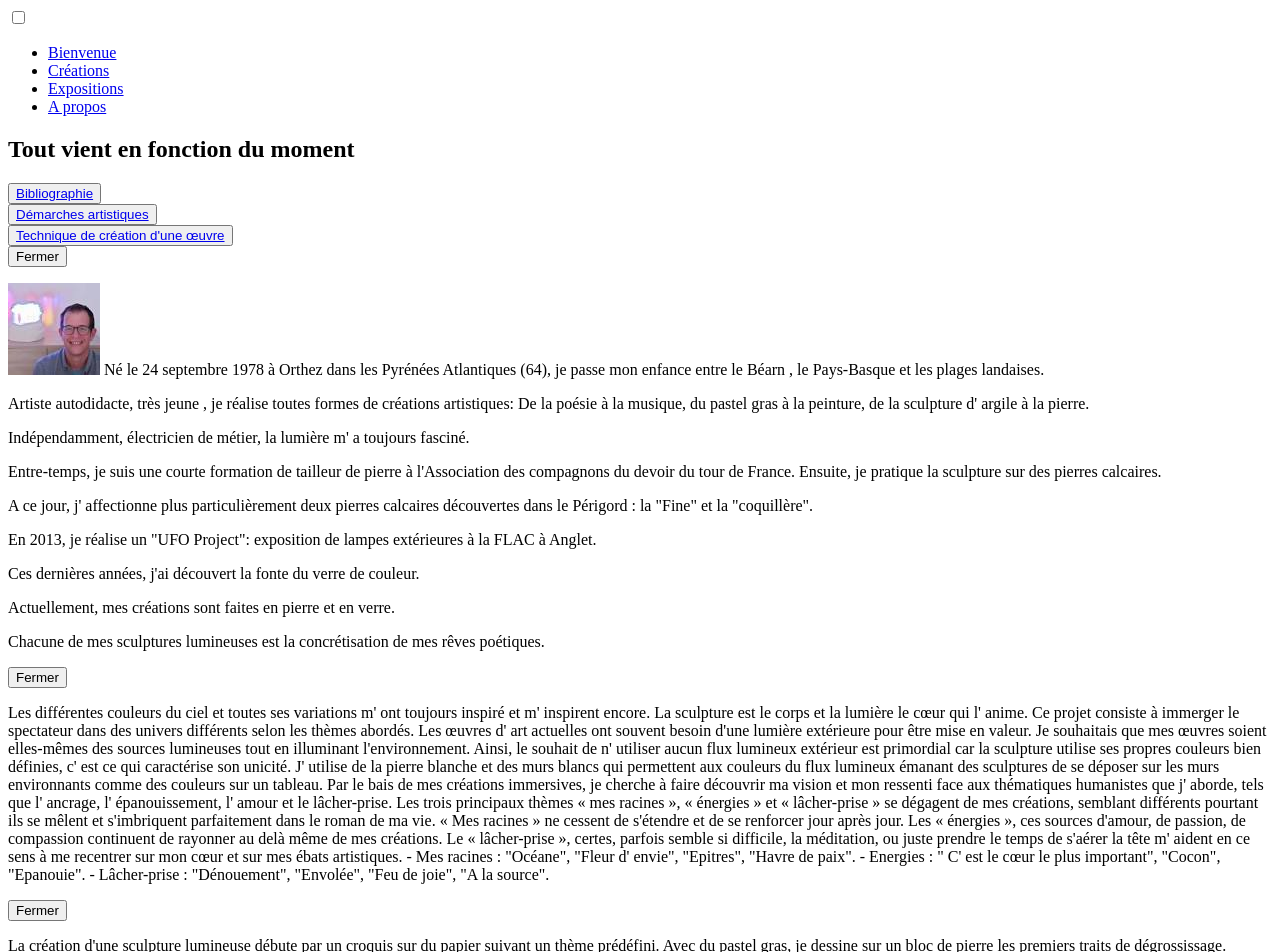
Repository: lysianebo/EricBidart
Page: presentation.html
These files come from the project's save history. The page is drawn as it stood at one moment and after the next save; the edit follows.
The browser window is 1280 px wide. The pictures show the part of the page from y = 0 to 952 px (the page is 1749 px tall before and 1671 px after).
A picture or video elsewhere on the page could not be fetched, so the positions and the page height are approximate.

Above is the page before, as saved 2023-10-29 07:05:38.

### presentation.html
<!DOCTYPE html>
<html lang="en">
<head>
    <meta charset="UTF-8">
    <meta name="viewport" content="width=device-width, initial-scale=1.0">
    <title>Document</title>
    <link rel="stylesheet" href="public/css/style.css">
</head>


<body class="presentation">
    <header>
        <nav>
            <input type="checkbox"
                id="menu-toggle">
            <label for="menu-toggle"
                class="burger"></label>
            <ul class="nav-links">
                <li><a href="accueil.html">Bienvenue</a></li>
                <li><a href="creations.html">Créations</a></li>
                <li><a href="expositions.html">Expositions</a></li>
                <li><a href="presentation.html">A propos</a></li>
            </ul>
        </nav>
    </header>
    <h2>Tout vient en fonction du moment</h2>


    <!-- ... Votre code HTML existant ... -->
<div class="content-container">
    <div class="mycell">
     <button class="circle bounce-in" id="presentation-button"><a href="#presentation-content" class="button">Bibliographie</a></button>
 </div>
 <div class="mycell">
     <button class="circle bounce-out-down" id="demarche-button"><a href="#demarche-content" class="button">Démarches artistiques</a></button>
 </div>
 <div class="mycell">
     <button class="circle bounce-in-right" id="technique-button"><a href="#technique-content" class="button">Technique de création d'une œuvre</a></button>
 </div>

 <div class="content-container">
 <div class="hidden" id="presentation-content">
    <button class="close-button">Fermer</button>

         <p class="text"><img src="public/images/Sans titre.jpeg" alt=""> Né le 24 septembre 1978 à Orthez dans les Pyrénées Atlantiques (64),
          je passe mon enfance entre le Béarn , le Pays-Basque et les plages landaises. </p>
          <p> Artiste autodidacte, très jeune , je réalise toutes formes de créations artistiques:
          De la poésie à la musique, du pastel gras à la peinture, de la sculpture d' argile à la pierre.</p>
          <p> Indépendamment, électricien de métier, la lumière m' a toujours fasciné.</p>

          <p> Entre-temps, je suis une courte formation de tailleur de pierre à l'Association des compagnons du devoir du tour de France. Ensuite, je pratique la sculpture sur des pierres calcaires.</p>

          <p> A ce jour, j' affectionne plus particulièrement deux pierres calcaires découvertes dans le Périgord : la "Fine" et la "coquillère".</p>
          <p> En 2013, je réalise un "UFO Project": exposition de lampes extérieures à la FLAC à Anglet.</p>
          <p>  Ces dernières années, j'ai découvert la fonte du verre de couleur.</p>
          <p> Actuellement, mes créations sont faites en pierre et en verre.</p>
          <p>Chacune de mes sculptures lumineuses est la concrétisation de mes rêves poétiques.</p>
      </div>
     <!-- Contenu de la section "Bibliographie" ici -->
 </div>
 <div class="hidden" id="demarche-content">
    <button class="close-button">Fermer</button>
     <p>Les différentes couleurs du ciel et toutes ses variations m' ont toujours inspiré et m' inspirent encore.

         La sculpture est le corps et la lumière le cœur qui l' anime.



         Ce projet consiste à immerger le spectateur dans des univers différents selon les thèmes abordés.

         Les œuvres d' art actuelles ont souvent besoin d'une lumière extérieure pour être mise en valeur.

         Je souhaitais que mes œuvres soient elles-mêmes des sources lumineuses tout en illuminant l'environnement.

         Ainsi, le souhait de n' utiliser aucun flux lumineux extérieur est primordial car la sculpture utilise ses propres couleurs bien définies, c' est ce qui caractérise son unicité.



         J' utilise de la pierre blanche et des murs blancs qui permettent aux couleurs du flux lumineux émanant des sculptures de se déposer sur les murs environnants comme des couleurs sur un tableau.

         Par le bais de mes créations immersives, je cherche à faire découvrir ma vision et mon ressenti face aux thématiques humanistes que j' aborde, tels que l' ancrage, l' épanouissement, l' amour et le lâcher-prise.



         Les trois principaux thèmes « mes racines », « énergies » et « lâcher-prise » se dégagent de mes créations, semblant différents pourtant ils se mêlent et s'imbriquent parfaitement dans le roman de ma vie.

         « Mes racines » ne cessent de s'étendre et de se renforcer jour après jour.

         Les « énergies », ces sources d'amour, de passion, de compassion continuent de rayonner au delà même de mes créations.

         Le « lâcher-prise », certes, parfois semble si difficile, la méditation, ou juste prendre le temps de s'aérer la tête m' aident en ce sens à me recentrer sur mon cœur et sur mes ébats artistiques.

         - Mes racines : "Océane", "Fleur d' envie", "Epitres", "Havre de paix".

               - Energies : " C' est le cœur le plus important", "Cocon", "Epanouie".

                  - Lâcher-prise : "Dénouement", "Envolée", "Feu de joie", "A la source".

        </p>
 </div>
 <div class="hidden" id="technique-content">
    <button class="close-button">Fermer</button>
     <p>La création d'une sculpture lumineuse débute par un croquis sur du papier suivant un thème prédéfini. Avec du pastel gras, je dessine sur un bloc de pierre les premiers traits de dégrossissage. </p>
     <p>Les ouvertures dans la sculpture sont taillées avec des angles soigneusement étudiés en fonction de la source lumineuse centrale.</p>
     <p>Après quelques milliers de coups ciseaux, avec différents ponçages et une couche de vernis,
     le corps de l’œuvre est presque terminé.</p>
     <p> Vient alors le travail du verre : je découpe et assemble différents verres colorés puis je les fonds ensemble. Après une multitude d'essais de différentes pièces en verre, je choisis celle qui me semble parfaite à insérer et à seller dans la sculpture.</p>
     <p>Il ne me reste plus qu' à y insérer la douille céramique et son spot Led de lumière blanche.</p>
        </p>
        <p> L’œuvre est enfin terminée.</p>


            <p> Chaque sculpture a sa propre identité, son propre univers.</p>

            <p> « Du papier à la pierre, De la poésie à la lumière. »</p>
            <!-- Contenu de la section "Technique de création d'une œuvre" ici -->
 </div>

</div>

<footer>
    <div class="contact"><img class="logo_img"
            src="public/images/Logo 2021.webp"
            alt=""><a href="#">Contact</a></div>
    <div class="reseaux_sociaux">
        <a href="https://www.facebook.com/ericbidartsculpteur/"
            target="_blank"><img src="public/images/reseaux/facebook-logo-transparent-round.webp"
                alt="">
        </a>
        <a href="https://www.instagram.com/ericbidartsculpteur/"
            target="_blank"><img src="public/images/reseaux/instagram-logo-transparent-round.webp"
                alt=""></a>
        <a href="https://www.linkedin.com/in/eric-bidart-sculpteur--6a9739208/"
            target="_blank"><img src="public/images/reseaux/linkedinlogo-transparent-round.webp"
                alt=""></a>
    </div>
    <p class="creator_site">&copy Lysiane Boisnel</p>
</footer>


    <!-- <script src="/scss/utils/presentation.js"></script> -->
    <script>
        /// Récupération des éléments bouton et contenu
            const presentationButton = document.getElementById("presentation-button");
            const demarcheButton = document.getElementById("demarche-button");
            const techniqueButton = document.getElementById("technique-button");
            const presentationContent = document.getElementById("presentation-content");
            const demarcheContent = document.getElementById("demarche-content");
            const techniqueContent = document.getElementById("technique-content");

            // Fonction pour afficher/masquer le contenu
            function toggleContent(button, content) {
                const closeButton = content.querySelector(".close-button");
                button.addEventListener("click", () => {
                    content.style.display = "block";
                });

                closeButton.addEventListener("click", () => {
                    content.style.display = "none";
                });

            }

            // Ajout des gestionnaires d'événements pour chaque section
            toggleContent(presentationButton, presentationContent);
            toggleContent(demarcheButton, demarcheContent);
            toggleContent(techniqueButton, techniqueContent);


    </script>

</body>
</html>

### public/css/style.css
/* @import url("https://fonts.googleapis.com/css2?family=Belanosima:wght@400;700&family=Noto+Sans&family=Outfit&family=Rubik:wght@400;500;700&display=swap"); */
/*# sourceMappingURL=style.css.map */

### scss/utils/hamburger.js
const links = document.querySelectorAll("nav li");

icons.addEventListener("click", () => {
  nav.classList.toggle("active");
});

links.forEach((link) => {
  link.addEventListener("click", () => {
    nav.classList.remove("active");
  });
});

var acc = document.getElementsByName("section");
var i;

for (i = 0; i < acc.length; i++) {
    acc[i].addEventListener("click", function () {
        this.classList.toggle("active");
        var text = this.nextElementSibling;
        if (text.style.maxHeight) {
            text.style.maxHeight = null;
        } else {
            text.style.maxHeight = text.scrollHeight + "px";
        }
    });
}

After the next save:
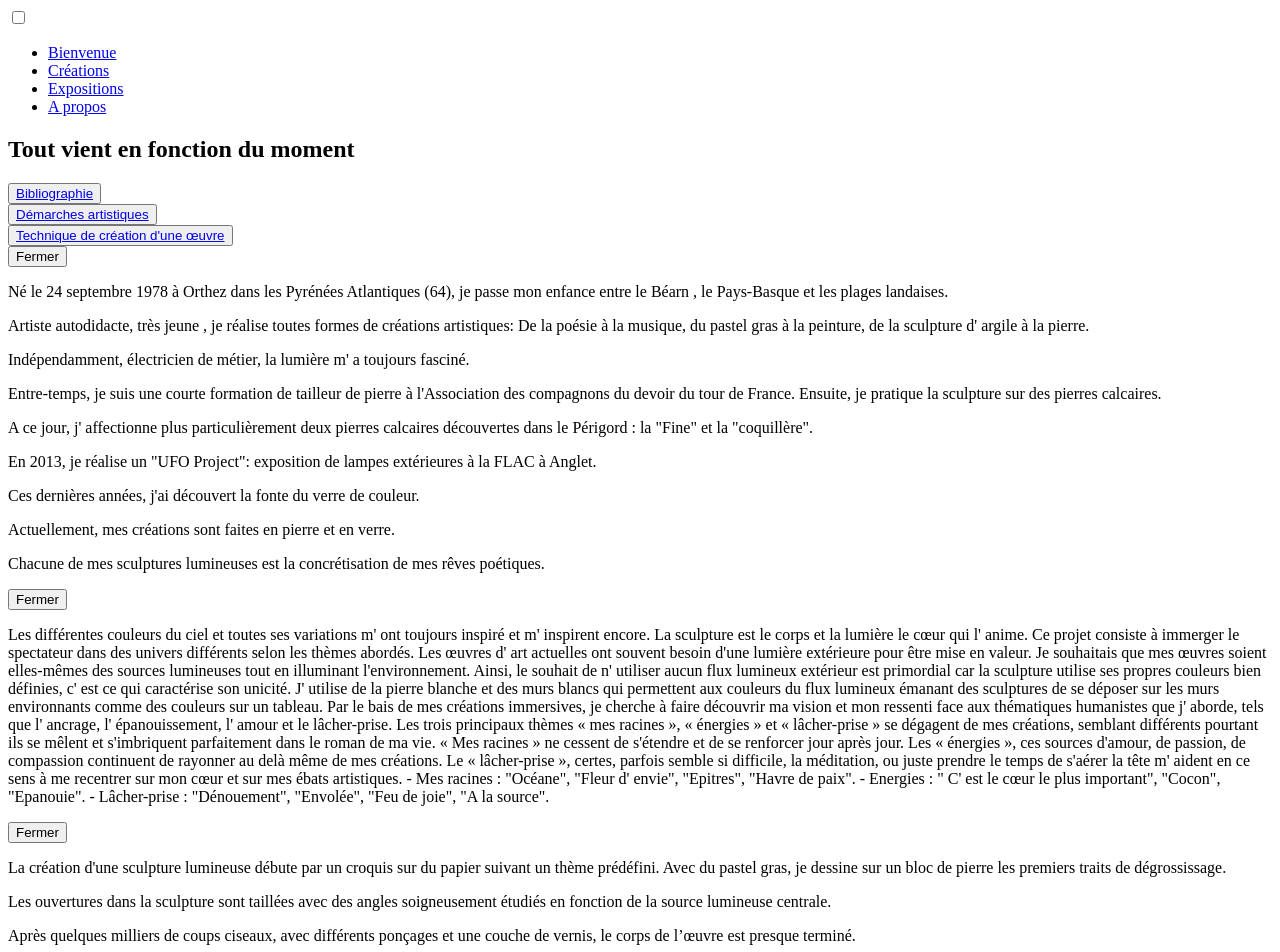
Console error: ReferenceError: icons is not defined
Saved 10 s later.
--- a/presentation.html
+++ b/presentation.html
@@ -42,7 +42,7 @@
  <div class="hidden" id="presentation-content">
     <button class="close-button">Fermer</button>
 
-         <p class="text"><img src="public/images/Sans titre.jpeg" alt=""> Né le 24 septembre 1978 à Orthez dans les Pyrénées Atlantiques (64),
+         <p class="text"> Né le 24 septembre 1978 à Orthez dans les Pyrénées Atlantiques (64),
           je passe mon enfance entre le Béarn , le Pays-Basque et les plages landaises. </p>
           <p> Artiste autodidacte, très jeune , je réalise toutes formes de créations artistiques:
           De la poésie à la musique, du pastel gras à la peinture, de la sculpture d' argile à la pierre.</p>
@@ -137,7 +137,7 @@
     <p class="creator_site">&copy Lysiane Boisnel</p>
 </footer>
 
-
+    <script src="/scss/utils/hamburger.js"></script>
     <!-- <script src="/scss/utils/presentation.js"></script> -->
     <script>
         /// Récupération des éléments bouton et contenu

After the save that followed:
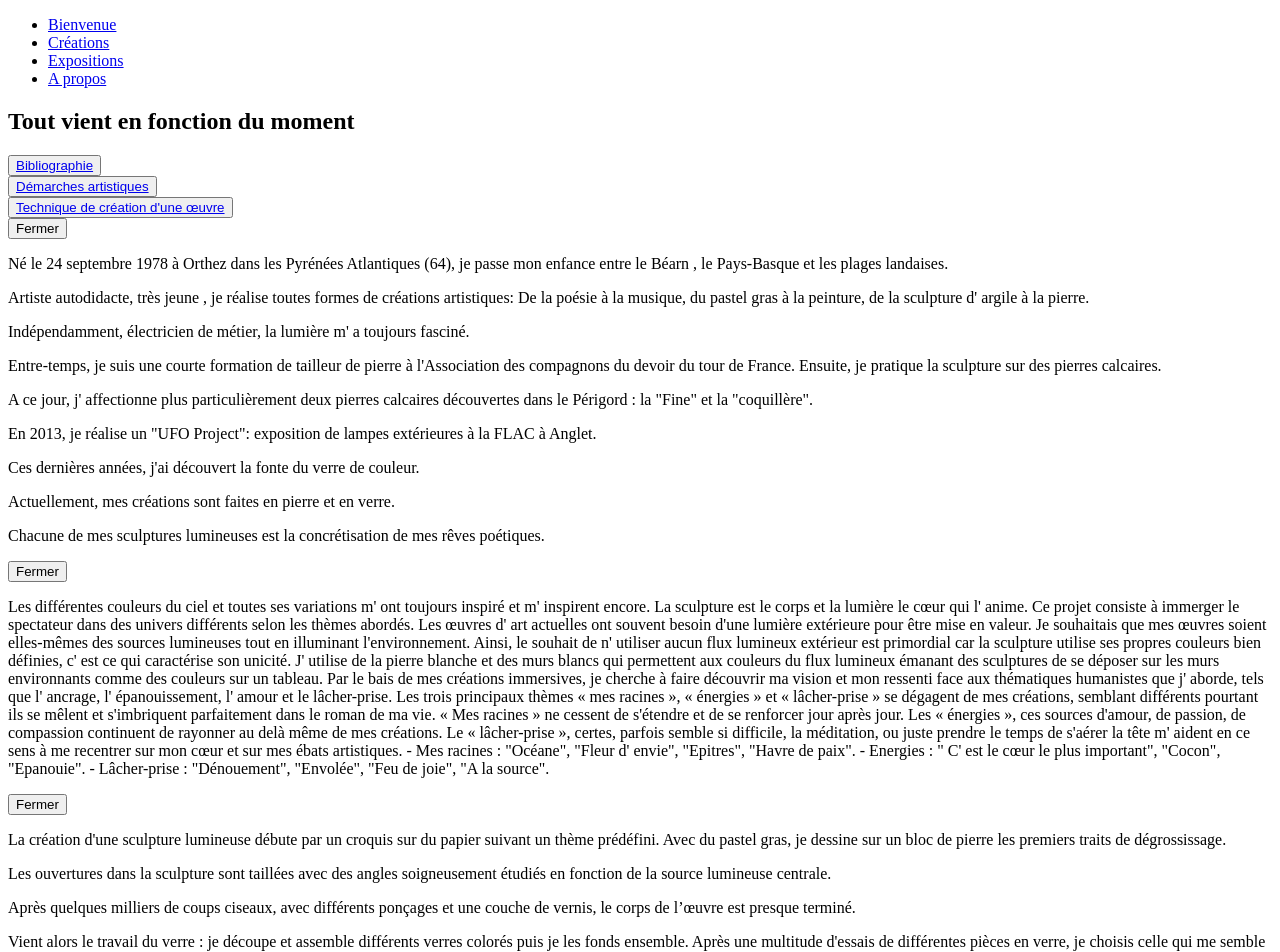
The error is gone.
Saved 15 s later.
--- a/presentation.html
+++ b/presentation.html
@@ -10,17 +10,15 @@
 
 <body class="presentation">
     <header>
-        <nav>
-            <input type="checkbox"
-                id="menu-toggle">
-            <label for="menu-toggle"
-                class="burger"></label>
-            <ul class="nav-links">
+        <!-- <div class="logo"><img src="public/images/Logo 2021.webp" alt=""></div> -->
+        <nav id="nav">
+            <ul>
                 <li><a href="accueil.html">Bienvenue</a></li>
                 <li><a href="creations.html">Créations</a></li>
                 <li><a href="expositions.html">Expositions</a></li>
                 <li><a href="presentation.html">A propos</a></li>
             </ul>
+            <div id="icons"></div>
         </nav>
     </header>
     <h2>Tout vient en fonction du moment</h2>
